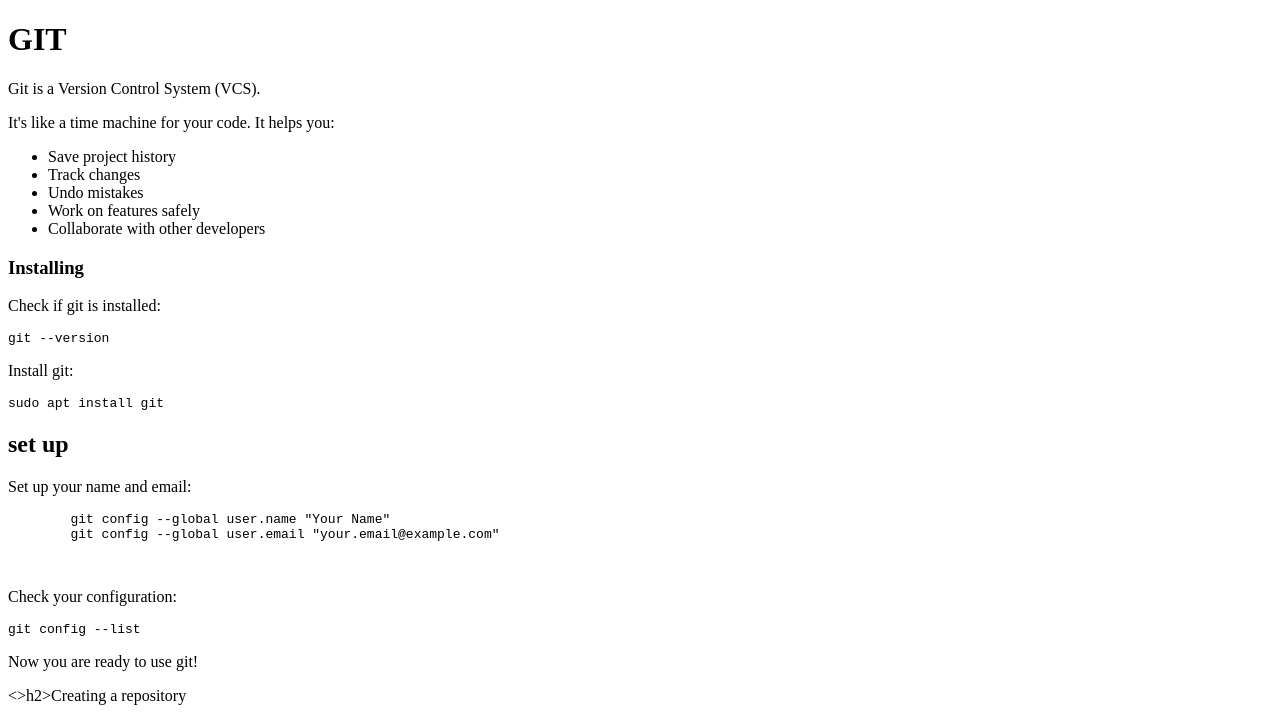
Repository: brownsonjoy1811/GitandGithub
Page: git.html
These files come from the project's save history. The page is drawn as it stood at one moment and after the next save; the edit follows.
The browser window is 1280 px wide. The pictures show the whole page.

Above is the page before, as saved 2026-06-16 12:21:58.

### git.html
<!DOCTYPE html>
<html lang="en">
<head>
    <meta charset="UTF-8">
    <meta name="viewport" content="width=device-width, initial-scale=1.0">
    <title>Document</title>
</head>
<body>
    <h1>GIT</h1>
    <p>Git is a Version Control System (VCS).</p>
    <p>It's like a time machine for your code.  It helps you:</p>
    <ul>
        <li>Save project history</li>
        <li>Track changes</li>
        <li>Undo mistakes</li>
        <li>Work on features safely</li>
        <li>Collaborate with other developers</li>
    </ul>

    <h3>Installing</h3>
    <p>Check if git is installed:</p>
    <pre><code>git --version</code></pre>
    <p>Install git:</p>
    <pre><code>sudo apt install git</code></pre>


    <h2>set up</h2>
    <p>Set up your name and email:</p>
    <pre>
        <code>git config --global user.name "Your Name"
        git config --global user.email "your.email@example.com"
        </code>
    </pre>

    <p>Check your configuration:</p>
    <pre><code>git config --list</code></pre>

    <p>Now you are ready to use git!</p>

    <>h2>Creating a repository</h2>
</body>
</html>

After the next save:
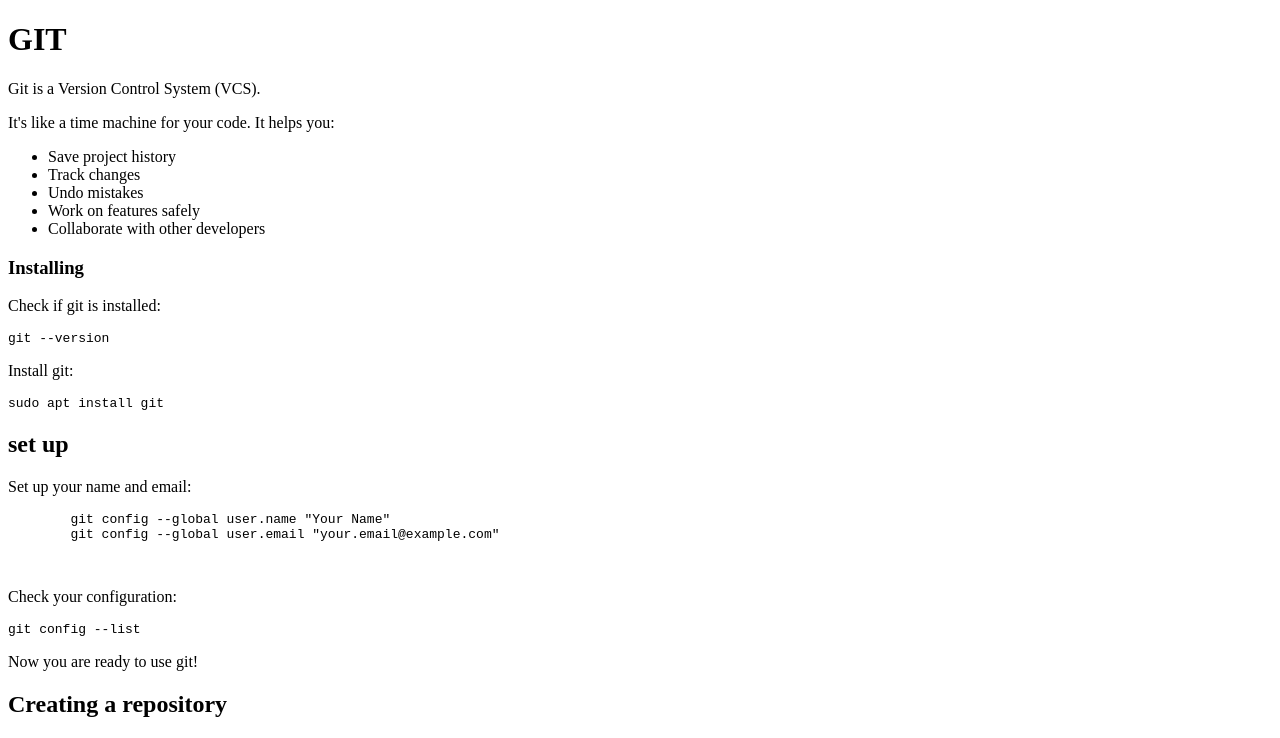
Saved 20 s later.
--- a/git.html
+++ b/git.html
@@ -37,6 +37,6 @@
 
     <p>Now you are ready to use git!</p>
 
-    <>h2>Creating a repository</h2>
+    <h2>Creating a repository</h2>
 </body>
 </html>
